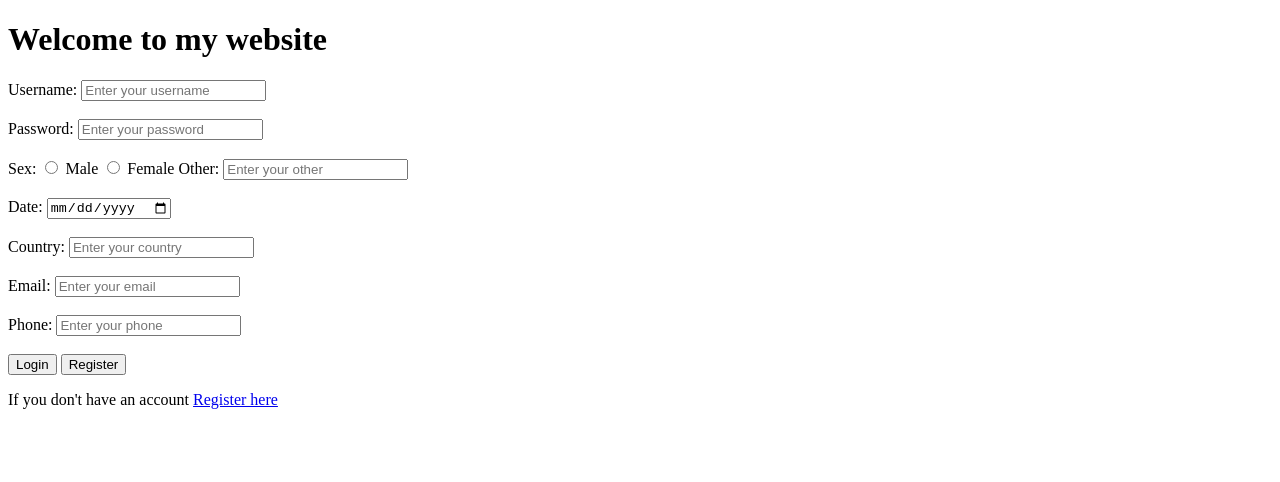
Repository: bao2222/hoc-lam-web
Page: welcome.html
These files come from the project's save history. The page is drawn as it stood at one moment and after the next save; the edit follows.
The browser window is 1280 px wide. The pictures show the whole page.

Above is the page before, as saved 2024-12-24 19:40:16.

After the next save:
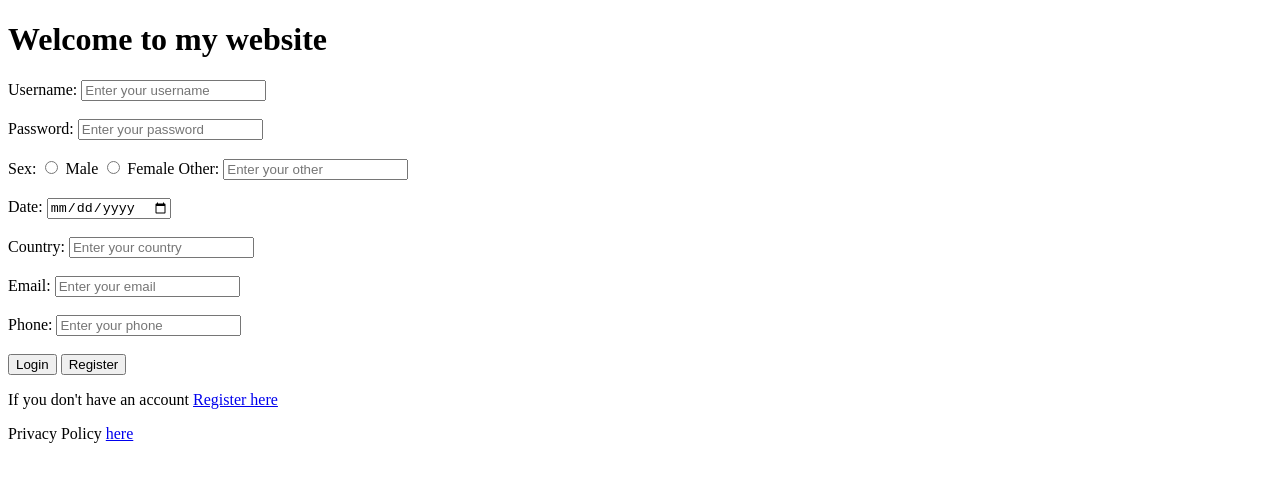
Saved 42 s later.
--- a/welcome.html
+++ b/welcome.html
@@ -29,7 +29,6 @@
                         <label for="female">Female</label>
                         <label for="other">Other:</label>
                         <input type="text" id="other" name="other" placeholder="Enter your other"><br><br>
-
                         <label for="date">Date:</label>
                         <input type="date" id="date" name="date"><br><br>
                         <label for="country">Country:</label>
@@ -40,12 +39,15 @@
                         <input type="tel" id="phone" name="phone" placeholder="Enter your phone" required><br><br>
                         <button type="submit">Login</button>
                         <button type="reset">Register</button>
-
                     </form>
                 </div>
 
                 <div>
                     <p>If you don't have an account <a href="register.html">Register here</a></p>
+                </div>
+
+                <div>
+                    <p>Privacy Policy <a href="privacy.html">here</a></p>
                 </div>
 
 
